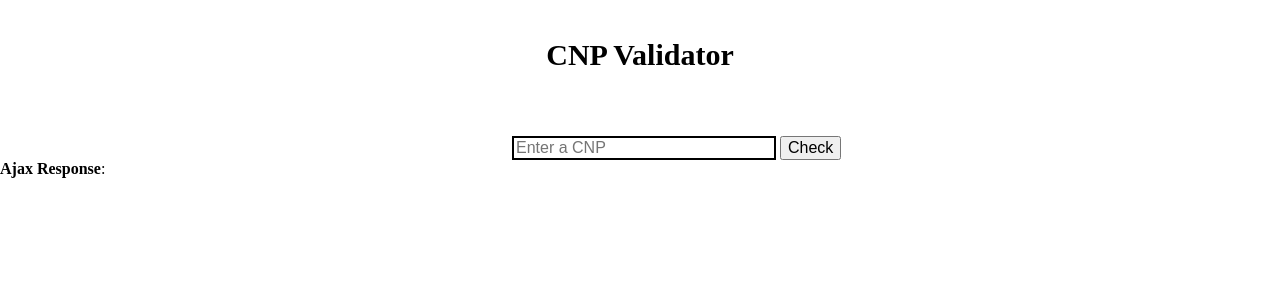
Repository: sabinaPetrisor/CNP_Validator_Project
Page: http://localhost/CNPValidatorProject/
These files come from the project's save history. The page is drawn as it stood at one moment and after the next save; the edit follows.
The browser window is 1280 px wide. The pictures show the whole page.
Some web libraries are served in a nearby version. The page is served by Tomcat 9. Other server files are loaded and not shown.

Above is the page before, as saved 2023-07-10 15:38:56.

### CNPValidatorProject/src/main/webapp/index.jsp
<%@ page language="java" contentType="text/html; charset=ISO-8859-1"
    pageEncoding="ISO-8859-1"%>
<!DOCTYPE html>
<html>
<head>
	<title>CNP Validator</title>
	<meta name="viewport" content="width=device-width, initial-scale=1" charset="ISO-8859-1">
	<style> <%@include file="../css/index.css" %> </style>
	<script type="text/javascript" src="https://ajax.googleapis.com/ajax/libs/jquery/1.6.0/jquery.min.js"></script>
	<script><%@include file="../javascript/display-message-after-click.js" %></script>
</head>
<body>
	<p class="page-title">CNP Validator</p>
	<div class="container">
		<form action="" class="form" method="get">
			<input type="text" placeholder="Enter a CNP" class="insert-text" id="cnp" name="cnp">
			<input type="submit" value="Check" class="form-button" id="check-button" onclick="callAjax()">
		</form>
	</div>

	<strong>Ajax Response</strong>:
	<div id="msg"></div>
</body>
</html>

### CNPValidatorProject/src/main/webapp/css/index.css
@charset "ISO-8859-1";

*{
	margin: 0;
	width: 100%;
}

.page-title{
	display: flex;
	justify-content: center;
	font-size: 30px;
	font-weight: bold;
	margin-top: 3%;
}

.container{
	display: flex;
	align-items: center;
	justify-content: center;
	white-space: nowrap;
	margin-top: 5%;
}

.form{
	width: 20%;
}

.insert-text{
	border: 2px solid black;
	font-size: 1em;
}

.form-button{
	width: auto;
	font-size: 1em;
}

#msg{
	margin-top: 5%;
	font-size: 1.1em;
	background-color: blueviolet;
}

/*.validation-msg{
	margin-top: 5%;
	font-size: 1.1em;
}*/

.validation-msg-error{
	display: flex;
	align-items: center;
	justify-content: center;
	color: red;
}

.validation-msg-success{
	display: flex;
	align-items: center;
	justify-content: center;
	color: green;
}

Loaded but not shown: CNPValidatorProject/src/main/webapp/javascript/display-message-after-click.js (no copy from this time; the picture is the same without it)

After the next save:
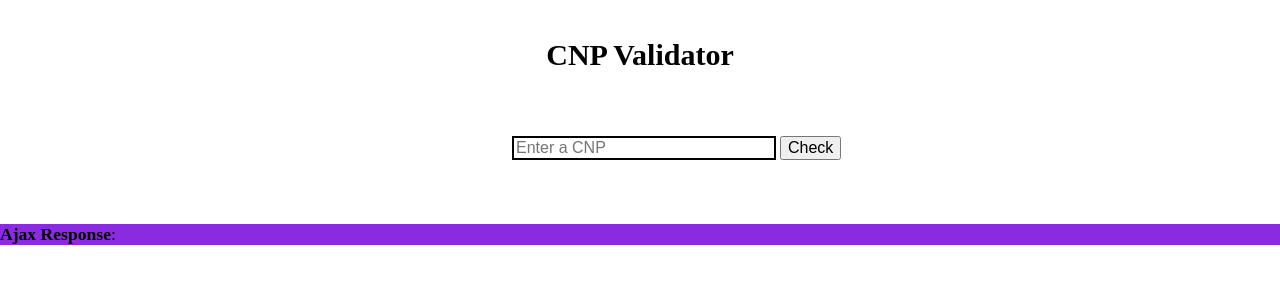
Saved 2 min 35 s later.
--- a/CNPValidatorProject/src/main/webapp/index.jsp
+++ b/CNPValidatorProject/src/main/webapp/index.jsp
@@ -18,7 +18,8 @@
 		</form>
 	</div>
 
-	<strong>Ajax Response</strong>:
-	<div id="msg"></div>
+	<div id="msg">
+		<strong>Ajax Response</strong>:
+	</div>
 </body>
 </html>
